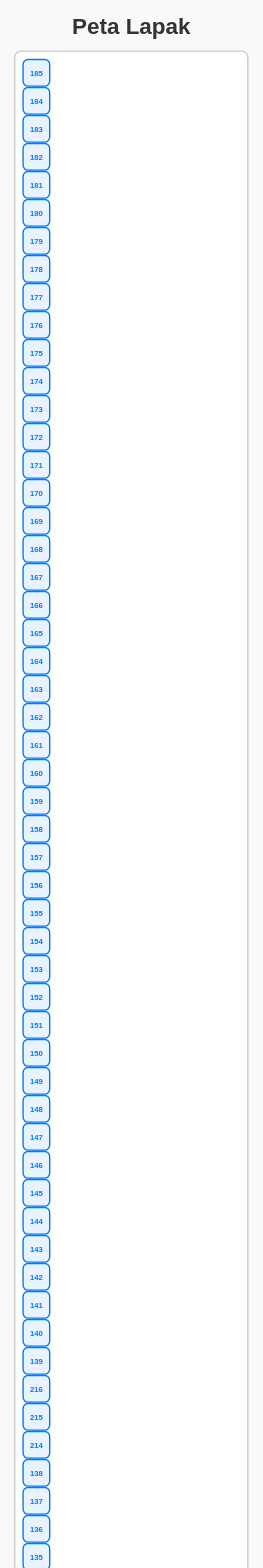
Repository: pasarrakyatbak/denah
Page: index.html
The author's editor kept a copy of each file at every save. The page is drawn from the files as they stood at one save, then again after the next save.
The browser window is 375 px wide. The pictures show the part of the page from y = 0 to 2240 px (the page is 8702 px tall before and 800 px after), at 70% of full size.

Above is the page before, as saved 2025-09-19 08:16:08.

### index.html
<!DOCTYPE html>
<html lang="id">

<head>
    <meta charset="utf-8" />
    <meta name="viewport" content="width=device-width,initial-scale=1" />
    <title>Peta Lapak</title>
    <link rel="stylesheet" href="style.css" />
</head>

<body>
    <h1>Peta Lapak</h1>

    <div class="scroll-container">
        <div class="h-inner">
            <!-- Baris atas: sisi kanan -->
            <div class="row top" id="right-side"></div>

            <!-- Jalan horizontal -->
            <div class="road" id="road">JALAN</div>

            <!-- Baris bawah: sisi kiri -->
            <div class="row bottom" id="left-side"></div>
        </div>
    </div>

    <script src="script.js"></script>
</body>

</html>

### style.css
/* Reset dasar */
* {
    margin: 0;
    padding: 0;
    box-sizing: border-box;
    font-family: Arial, sans-serif;
}

body {
    background: #f8f9fa;
    padding: 20px;
    text-align: center;
}

h1 {
    margin-bottom: 15px;
    color: #333;
}

/* Kontainer scroll vertikal */
.scroll-container {
    max-width: 100%;
    overflow-x: auto;
    border: 2px solid #ccc;
    border-radius: 10px;
    background: #fff;
    padding: 10px;
    white-space: nowrap;
}


/* Layout jalan */
.road-layout {
    display: flex;
    flex-direction: column;
    /* atas = kanan, bawah = kiri */
    align-items: center;
    gap: 20px;
}

/* Kolom sisi */
.side {
    display: flex;
    flex-direction: row;
    gap: 8px;
}

/* Jalan horizontal */
.road {
    width: 100%;
    height: 30px;
    background: #333;
    color: #fff;
    font-weight: bold;
    text-align: center;
    line-height: 30px;
    border-radius: 6px;
}

/* Kotak lapak */
.lapak {
    width: 60px;
    height: 60px;
    display: flex;
    align-items: center;
    justify-content: center;
    border: 2px solid #007bff;
    border-radius: 8px;
    background: #e9f2ff;
    font-size: 14px;
    font-weight: bold;
    color: #007bff;
}

/* Responsif tablet */
@media (max-width: 1024px) {
    .lapak {
        width: 50px;
        height: 50px;
        font-size: 12px;
    }
}

/* Responsif HP */
@media (max-width: 600px) {
    .road-layout {
        gap: 8px;
    }

    .lapak {
        width: 40px;
        height: 40px;
        font-size: 11px;
    }
}

### script.js
// Nomor lapak sisi kiri
const leftNumbers = [
    1, 2, 3, 4, 5, 6, 7, 8, 9, 10, 11,
    15, 16, 17, 18, 19, 20, 21, 22, 23, 24, 25, 26, 27, 28, 29, 30, 31, 32, 33, 34, 35, 36,
    37, 38, 39, 40, 41, 42, 43, 44, 45, 46, 47, 48, 49, 50, 51, 52, 53, 54, 55, 56, 57, 58, 59, 60,
    61, 62, 63, 64, 65, 66, 67, 68, 69, 70, 71, 72, 73, 74, 75, 76, 77, 78, 79, 80, 81, 82, 83, 84,
    85, 86, 87, 88, 89, 90, 91, 92, 93, 94, 95, 96, 97, 98, 99, 100, 101, 102, 103, 104,
    186, 187, 188, 189, 190, 191, 192, 193
];
// Nomor lapak sisi kanan (tetap sama daftarnya)
const rightNumbers = [
    194, 195, 196, 197, 198, 199, 200, 201, 202, 203, 204, 205, 206, 207, 208, 209, 210, 211, 212, 213,
    105, 106, 107, 108, 109, 110, 111, 112, 113, 114, 115, 116, 117, 118, 119, 120, 121, 122, 123, 124,
    125, 126, 127, 128, 129, 130, 131, 132, 133, 134, 135, 136, 137, 138,
    214, 215, 216,
    139, 140, 141, 142, 143, 144, 145, 146, 147, 148, 149, 150, 151, 152, 153, 154, 155, 156, 157, 158, 159, 160,
    161, 162, 163, 164, 165, 166, 167, 168, 169, 170, 171, 172, 173, 174, 175, 176, 177, 178, 179, 180,
    181, 182, 183, 184, 185
];

// Render sisi kanan dengan urutan dibalik
const rightSide = document.getElementById("right-side");
rightNumbers.slice().reverse().forEach(num => {
    const div = document.createElement("div");
    div.className = "lapak";
    div.textContent = num;
    rightSide.appendChild(div);
});

// Render sisi kiri
const leftSide = document.getElementById("left-side");
leftNumbers.forEach(num => {
    const div = document.createElement("div");
    div.className = "lapak";
    div.textContent = num;
    leftSide.appendChild(div);

    // Tambahkan tanda jalan setelah nomor 2
    if (num === 2) {
        const jalanGerbang = document.createElement("div");
        jalanGerbang.className = "jalan-gerbang";
        jalanGerbang.textContent = "Gerbang Sekolah";
        leftSide.appendChild(jalanGerbang);
    }

    // Tambahkan tanda jalan setelah nomor 11
    if (num === 11) {
        const jalanGerbang = document.createElement("div");
        jalanGerbang.className = "jalan-gerbang";
        jalanGerbang.textContent = "Gerbang Sekolah";
        leftSide.appendChild(jalanGerbang);
    }
});

After the next save:
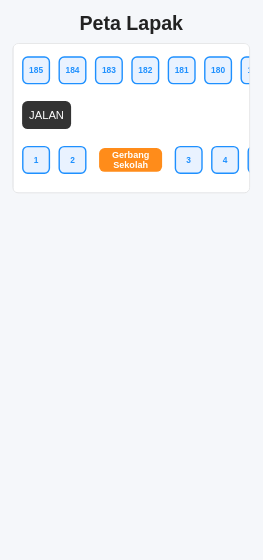
Saved 11 s later.
--- a/style.css
+++ b/style.css
@@ -1,95 +1,125 @@
-/* Reset dasar */
+/* reset */
 * {
+    box-sizing: border-box;
     margin: 0;
     padding: 0;
-    box-sizing: border-box;
-    font-family: Arial, sans-serif;
 }
 
 body {
-    background: #f8f9fa;
-    padding: 20px;
+    font-family: Arial, Helvetica, sans-serif;
+    background: #f5f7fa;
+    color: #222;
+    padding: 18px;
     text-align: center;
 }
 
+/* judul */
 h1 {
-    margin-bottom: 15px;
-    color: #333;
+    margin-bottom: 12px;
+    font-size: 28px;
 }
 
-/* Kontainer scroll vertikal */
+/* kontainer scroll HORIZONTAL */
 .scroll-container {
-    max-width: 100%;
+    width: 100%;
     overflow-x: auto;
-    border: 2px solid #ccc;
-    border-radius: 10px;
+    /* horizontal scroll */
+    overflow-y: hidden;
+    border: 1px solid #ddd;
     background: #fff;
-    padding: 10px;
-    white-space: nowrap;
+    border-radius: 8px;
+    padding: 12px;
 }
 
-
-/* Layout jalan */
-.road-layout {
+/* inner yang lebarnya disesuaikan (min-width: max-content supaya tidak ter-compress) */
+.h-inner {
     display: flex;
     flex-direction: column;
-    /* atas = kanan, bawah = kiri */
-    align-items: center;
-    gap: 20px;
+    /* top row, road, bottom row */
+    gap: 18px;
+    align-items: flex-start;
+    /* agar row tidak ter-stretch */
+    min-width: max-content;
+    /* sangat penting supaya horizontal scroll bekerja penuh */
+    padding-bottom: 8px;
 }
 
-/* Kolom sisi */
-.side {
+/* baris lapak (atas & bawah) */
+.row {
     display: flex;
-    flex-direction: row;
-    gap: 8px;
+    gap: 12px;
+    align-items: center;
+    min-width: max-content;
+    /* pastikan tidak dipotong */
+    padding: 6px 0;
 }
 
-/* Jalan horizontal */
-.road {
-    width: 100%;
-    height: 30px;
-    background: #333;
-    color: #fff;
-    font-weight: bold;
-    text-align: center;
-    line-height: 30px;
-    border-radius: 6px;
-}
-
-/* Kotak lapak */
+/* tampilan kotak lapak */
 .lapak {
     width: 60px;
     height: 60px;
+    border-radius: 8px;
+    background: #e9f2ff;
+    border: 2px solid #1e90ff;
+    color: #1e90ff;
+    font-weight: 700;
     display: flex;
     align-items: center;
     justify-content: center;
-    border: 2px solid #007bff;
-    border-radius: 8px;
-    background: #e9f2ff;
-    font-size: 14px;
-    font-weight: bold;
-    color: #007bff;
+    user-select: none;
 }
 
-/* Responsif tablet */
-@media (max-width: 1024px) {
+/* jalan horizontal (akan di-set lebarnya lewat JS supaya sejajar dengan row terpanjang) */
+.road {
+    height: 40px;
+    background: #333;
+    color: #fff;
+    display: flex;
+    align-items: center;
+    justify-content: center;
+    border-radius: 8px;
+    padding: 0 10px;
+    min-width: max-content;
+}
+
+/* gerbang (kotak orange) */
+.jalan-gerbang {
+    width: 120px;
+    height: 40px;
+    background: #ff8c1a;
+    color: white;
+    display: flex;
+    align-items: center;
+    justify-content: center;
+    border-radius: 8px;
+    font-weight: 700;
+    margin-left: 6px;
+    margin-right: 6px;
+}
+
+/* responsive: ukuran kotak lapak kecil di layar sempit */
+@media (max-width: 900px) {
     .lapak {
         width: 50px;
         height: 50px;
-        font-size: 12px;
+    }
+
+    .jalan-gerbang {
+        width: 100px;
+        height: 36px;
     }
 }
 
-/* Responsif HP */
-@media (max-width: 600px) {
-    .road-layout {
-        gap: 8px;
-    }
-
+@media (max-width: 480px) {
     .lapak {
         width: 40px;
         height: 40px;
-        font-size: 11px;
+        font-size: 12px;
+    }
+
+    .jalan-gerbang {
+        width: 90px;
+        height: 34px;
+        font-size: 13px;
     }
 }
